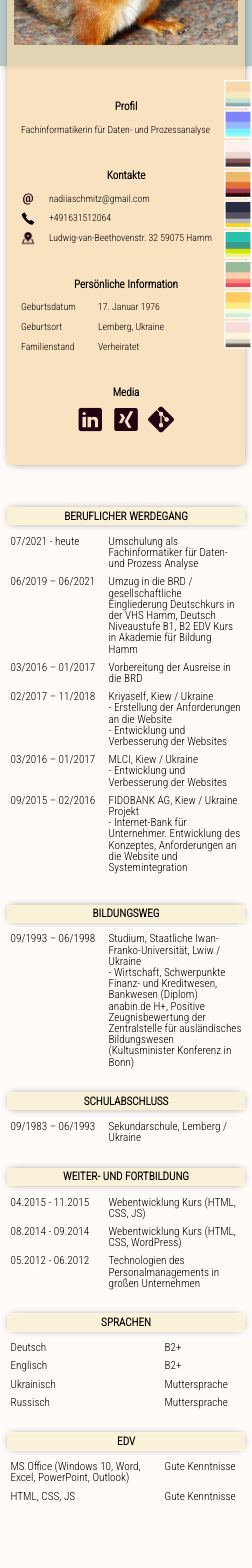
Repository: NadiaSchmitz/lebenslauf.nschmitz.githab.io
Page: index.html
The author's editor kept a record of every edit. The page is drawn from the files as they stood at one moment, then again after the next edit.
The browser window is 360 px wide. The pictures show the part of the page from y = 486 to 2726 px (the page is 2726 px tall before and 2546 px after), at 70% of full size.

Above is the page before.

### index.html
<!DOCTYPE html>
<html>

<head>
  <meta charset="utf-8" />
  <title>Lebenslauf Nadiia Schmitz</title>
  <link rel="stylesheet" href="./styles/reset.css" type="text/css" />
  <link rel="stylesheet" href="./styles/style.css" type="text/css" />
  <link rel="stylesheet" href="./styles/icons.css" type="text/css" />
  <meta name="viewport" content="width=device-width, initial-scale=1.0">
  <link rel="preconnect" href="https://fonts.googleapis.com">
  <link rel="preconnect" href="https://fonts.gstatic.com" crossorigin>
  <link href="https://fonts.googleapis.com/css2?family=Roboto+Condensed:wght@300&display=swap" rel="stylesheet">
  <link rel="shortcut icon" href="images/favicon.png" type="image/x-icon">
  <script src="https://ajax.googleapis.com/ajax/libs/jquery/2.2.0/jquery.min.js"></script>
  <script type="text/javascript" src="./js/colors.js"></script>
</head>

<body>
  <section class="wrapper">
    <section class="inner_wrapper">
      <div class="content_wrapper">
        <header class="header">
          <div class="header_text">
            <h1>Nadiia Schmitz</h1>
            <h2>Zukünftige Fachinformatikerin</h2>
          </div>
        </header>
        <div class="color_schema_buttons_wrapper">
          <div id="pistachios" class="color_schema_button pistachios" title="pistachios"></div>
          <div id="sea" class="color_schema_button sea" title="sea"></div>
          <div id="cappuchino" class="color_schema_button cappuchino" title="cappuchino"></div>
          <div id="autumn" class="color_schema_button autumn" title="autumn"></div>
          <div id="bvb" class="color_schema_button bvb" title="bvb"></div>
          <div id="lime" class="color_schema_button lime" title="lime"></div>
          <div id="summer" class="color_schema_button summer" title="summer"></div>
          <div id="sun" class="color_schema_button sun" title="sun"></div>
          <div id="pastel" class="color_schema_button pastel" title="pastel"></div>
        </div>
        <div class="lebenslauf_wrapper">
          <div class="sidebar sidebar_left">
            <div class="sidebar_foto"></div>
            <div class="sidebar_content">
              <div class="sidebar_content_item profile">
                <h3>Profil</h3>
                <table>
                  <tr>
                    <td col="2">Fachinformatikerin für Daten- und Prozessanalyse</td>
                  </tr>
                </table>
              </div>
              <div class="sidebar_content_item contacts">
                <h3>Kontakte</h3>
                <table>
                  <tr>
                    <td>
                      <span class="sidebar_content_item_icon contacts_email"></span>
                    </td>
                    <td>nadiiaschmitz@gmail.com</td>
                  </tr>
                  <tr>
                    <td>
                      <span class="sidebar_content_item_icon contacts_phone"></span>
                    </td>
                    <td>+491631512064</td>
                  </tr>
                  <tr>
                    <td>
                      <span class="sidebar_content_item_icon contacts_adress"></span>
                    </td>
                    <td>Ludwig-van-Beethovenstr. 32 59075 Hamm</td>
                  </tr>
                </table>
              </div>
              <div class="sidebar_content_item personal">
                <h3>Persönliche Information</h3>
                <table>
                  <tr>
                    <td>Geburtsdatum</td>
                    <td>17. Januar 1976</td>
                  </tr>
                  <tr>
                    <td>Geburtsort</td>
                    <td>Lemberg, Ukraine</td>
                  </tr>
                  <tr>
                    <td>Familienstand</td>
                    <td>Verheiratet</td>
                  </tr>
                </table>
              </div>
              <div class="sidebar_content_item social">
                <h3>Media</h3>
                <table>
                  <tr>
                    <td><a href="https://www.linkedin.com/in/nadiia-schmitz-93491722" class="linkedin" target="_blank"></a></td>
                    <td><a href="https://www.xing.com/profile/Nadiia_Schmitz3" class="xing" target="_blank"></a></td>
                    <td><a href="https://github.com/NadiaSchmitz" class="git" target="_blank"></a></td>
                  </tr>
                </table>
              </div>
            </div>
          </div>
          <div class="sidebar sidebar_right">
            <div class="sidebar_right_content">
              <div class="sidebar_right_content_item">
                <h4>BERUFLICHER WERDEGANG</h4>
                <table>
                  <tr>
                    <td>07/2021 - heute</td>
                    <td>Umschulung als Fachinformatiker für Daten- und Prozess Analyse</td>
                  </tr>
                  <tr>
                    <td>06/2019 – 06/2021</td>
                    <td>Umzug in die BRD / gesellschaftliche Eingliederung Deutschkurs in der VHS Hamm, Deutsch Niveaustufe B1, B2 EDV Kurs in Akademie für Bildung Hamm
                    </td>
                  </tr>
                  <tr>
                    <td>03/2016 – 01/2017</td>
                    <td>Vorbereitung der Ausreise in die BRD</td>
                  </tr>
                  <tr>
                    <td>02/2017 – 11/2018</td>
                    <td>
                      <span class="employer">Kriyaself, Kiew / Ukraine</span>
                      <ul>
                        <li>- Erstellung der Anforderungen an die Website</li>
                        <li>- Entwicklung und Verbesserung der Websites</li>
                      </ul>
                    </td>
                  </tr>
                  <tr>
                    <td>03/2016 – 01/2017</td>
                    <td>
                      <span class="employer">MLCI, Kiew / Ukraine</span>
                      <ul>
                        <li>- Entwicklung und Verbesserung der Websites</li>
                      </ul>
                    </td>
                  </tr>
                  <tr>
                    <td>09/2015 – 02/2016</td>
                    <td>
                      <span class="employer">FIDOBANK AG, Kiew / Ukraine</span>
                      <ul>
                        Projekt
                        <li>- Internet-Bank für Unternehmer. Entwicklung des Konzeptes, Anforderungen an die Website und Systemintegration</li>
                      </ul>
                    </td>
                  </tr>
                  <tr>
                    <td></td>
                    <td></td>
                  </tr>
                </table>
              </div>
              <div class="sidebar_right_content_item">
                <h4>BILDUNGSWEG</h4>
                <table>
                  <tr>
                    <td>09/1993 – 06/1998</td>
                    <td>Studium, Staatliche Iwan-Franko-Universität, Lwiw / Ukraine
                      <ul>
                        <li>- Wirtschaft, Schwerpunkte Finanz- und Kreditwesen, Bankwesen (Diplom)</li>
                        <li>anabin.de H+, Positive Zeugnisbewertung der Zentralstelle für ausländisches Bildungswesen (Kultusminister Konferenz in Bonn)</li>
                      </ul>
                    </td>
                  </tr>
                </table>
              </div>
              <div class="sidebar_right_content_item">
                <h4>SCHULABSCHLUSS</h4>
                <table>
                  <tr>
                    <td>09/1983 – 06/1993</td>
                    <td>Sekundarschule, Lemberg / Ukraine</td>
                  </tr>
                </table>
              </div>
              <div class="sidebar_right_content_item">
                <h4>WEITER- UND FORTBILDUNG</h4>
                <table>
                  <tr>
                    <td>04.2015 - 11.2015</td>
                    <td>Webentwicklung Kurs (HTML, CSS, JS)</td>
                  </tr>
                  <tr>
                    <td>08.2014 - 09.2014</td>
                    <td>Webentwicklung Kurs (HTML, CSS, WordPress)</td>
                  </tr>
                  <tr>
                    <td>05.2012 - 06.2012</td>
                    <td>Technologien des Personalmanagements in großen Unternehmen</td>
                  </tr>
                </table>
              </div>
              <div class="sidebar_right_content_item lang">
                <h4>SPRACHEN</h4>
                <table>
                  <tr>
                    <td>Deutsch</td>
                    <td>B2+</td>
                  </tr>
                  <tr>
                    <td>Englisch</td>
                    <td>B2+</td>
                  </tr>
                  <tr>
                    <td>Ukrainisch</td>
                    <td>Muttersprache</td>
                  </tr>
                  <tr>
                    <td>Russisch</td>
                    <td>Muttersprache</td>
                  </tr>
                </table>
              </div>
              <div class="sidebar_right_content_item edv">
                <h4>EDV</h4>
                <table>
                  <tr>
                    <td>MS Office (Windows 10, Word, Excel, PowerPoint, Outlook)</td>
                    <td>Gute Kenntnisse</td>
                  </tr>
                  <tr>
                    <td>HTML, CSS, JS</td>
                    <td>Gute Kenntnisse</td>
                  </tr>
                </table>
              </div>
            </div>
          </div>
        </div>
      </div>
    </section>
  </section>
</body>

</html>

### styles/reset.css
html, body, div, span, applet, object, iframe,
h1, h2, h3, h4, h5, h6, p, blockquote, pre,
a, abbr, acronym, address, big, cite, code,
del, dfn, em, img, ins, kbd, q, s, samp,
small, strike, strong, sub, sup, tt, var,
b, u, i, center,
dl, dt, dd, ol, ul, li,
fieldset, form, label, legend,
table, caption, tbody, tfoot, thead, tr, th, td,
article, aside, canvas, details, embed,
figure, figcaption, footer, header, hgroup,
menu, nav, output, ruby, section, summary,
time, mark, audio, video {
	margin: 0;
	padding: 0;
	box-sizing: border-box;
	border: 0;
	font-size: 100%;
	font: inherit;
	vertical-align: baseline;
}
/* HTML5 display-role reset for older browsers */
article, aside, details, figcaption, figure,
footer, header, hgroup, menu, nav, section {
	display: block;
}
body {
	line-height: 1;
}
ol, ul {
	list-style: none;
}
blockquote, q {
	quotes: none;
}
blockquote:before, blockquote:after,
q:before, q:after {
	content: '';
	content: none;
}
table {
	border-collapse: collapse;
	border-spacing: 0;
}

### styles/style.css
html {
  font-family: 'Roboto Condensed', sans-serif;
  background-color: #efeae5;
}

.wrapper {}

.inner_wrapper {
  width: 980px;
  margin: 70px auto;
}

@media only screen and (max-width: 1080px) {
  .inner_wrapper {
    width: 900px;
    margin: 30px auto;
  }
}

@media only screen and (max-width: 900px) {
  .inner_wrapper {
    width: 100%;
    margin: 0;
  }
}

.content_wrapper {
  position: relative;
  background-color: #fffbf8;
  -webkit-box-shadow: 0px 0px 12px -5px rgba(0, 0, 0, 0.75);
  -moz-box-shadow: 0px 0px 12px -5px rgba(0, 0, 0, 0.75);
  box-shadow: 0px 0px 12px -5px rgba(0, 0, 0, 0.75);
}

.header {
  height: 330px;
  background-color: rgb(135 170 170 / 59%);
  -webkit-box-shadow: 0px 0px 12px -5px rgba(0, 0, 0, 0.75);
  -moz-box-shadow: 0px 0px 12px -5px rgba(0, 0, 0, 0.75);
  box-shadow: 0px 0px 12px -5px rgba(0, 0, 0, 0.75);
}

@media only screen and (max-width: 1080px) {
  .header {
    height: 280px;
  }
}

@media only screen and (max-width: 900px) {
  .header {
    height: 580px;
    padding: 60px 0 0 0;
  }
}

@media only screen and (max-width: 480px) {
  .header {
    padding: 70px 0 0 0;
  }
}

.header_text {
  margin: 0 0 0 420px;
  padding: 120px 0 0 0;
}

@media only screen and (max-width: 1080px) {
  .header_text {
    margin: 0 0 0 380px;
    padding: 100px 0 0 0;
  }
}

@media only screen and (max-width: 900px) {
  .header_text {
    text-align: center;
    margin: 0;
    padding: 0;
  }
}

h1 {
  color: #000000;
  font-size: 60px;
  margin: 0 0 5px 0;
}

@media only screen and (max-width: 900px) {
  h1 {
    font-size: 50px;
  }
}

@media only screen and (max-width: 480px) {
  h1 {
    font-size: 36px;
    font-weight: 700;
  }
}

h2 {
  color: #000000;
  font-size: 20px;
  font-weight: 600;
}

@media only screen and (max-width: 480px) {
  h2 {
    font-size: 16px;
  }
}

.sidebar {
  display: inline-block;
  vertical-align: top;
}

@media only screen and (max-width: 900px) {
  .lebenslauf_wrapper {
    padding: 0 30px 30px 30px;
  }
}

@media only screen and (max-width: 480px) {
  .lebenslauf_wrapper {
    padding: 0 15px 15px 15px;
  }
}

@media only screen and (max-width: 360px) {
  .lebenslauf_wrapper {
    padding: 0 10px 10px 10px;
  }
}

.sidebar_left {
  width: 280px;
  height: 1500px;
  background-color: rgb(246 215 167 / 68%);
  -webkit-box-shadow: 0px 0px 12px -5px rgba(0, 0, 0, 0.75);
  -moz-box-shadow: 0px 0px 12px -5px rgba(0, 0, 0, 0.75);
  box-shadow: 0px 0px 12px -5px rgba(0, 0, 0, 0.75);
  margin: -280px 0 0 50px;
}

@media only screen and (max-width: 1080px) {
  .sidebar_left {
    width: 250px;
    margin: -250px 0 0 30px;
  }
}

@media only screen and (max-width: 900px) {
  .sidebar_left {
    width: 100%;
    height: auto;
    margin: -380px 0 0 0;
  }
}

.sidebar_foto {
  width: 280px;
  height: 280px;
  background-image: url(../images/foto.jpg);
  background-position: 50%;
  background-size: cover;
}

@media only screen and (max-width: 1080px) {
  .sidebar_foto {
    width: 250px;
    height: 250px;
  }
}

@media only screen and (max-width: 900px) {
  .sidebar_foto {
    width: 350px;
    height: 350px;
    margin: 30px auto 0;
  }
}

@media only screen and (max-width: 480px) {
  .sidebar_foto {
    width: 320px;
    height: 320px;
  }
}

@media only screen and (max-width: 360px) {
  .sidebar_foto {
    width: 320px;
    height: 320px;
  }
}

.sidebar_content {
  padding: 55px 30px 30px 30px;
}

@media only screen and (max-width: 1080px) {
  .sidebar_content {
    padding: 45px 20px 20px 20px;
  }
}

@media only screen and (max-width: 900px) {
  .sidebar_content {
    padding: 50px 20px 20px 20px;
  }
}

@media only screen and (max-width: 480px) {
  .sidebar_content {
    padding: 80px 20px 20px 20px;
  }
}

.sidebar_content_item {
  margin: 0 0 30px 0;
  padding: 0 0 15px 0;
}

.sidebar_content_item:last-of-type {
  border-bottom: 1px solid transparent;
  margin: 0;
}

h3 {
  color: #000000;
  font-size: 16px;
  font-weight: 600;
  text-align: center;
  margin: 0 0 10px 0;
}

.sidebar_content_item table td {
  height: 28px;
  font-size: 16px;
  line-height: 28px;
}

@media only screen and (max-width: 360px) {
  .sidebar_content_item table td {
    font-size: 14px;
  }
}

.profile table td {
  width: 100%;
}

.contacts table td:nth-of-type(1) {
  width: 40px;
}

.personal table td:nth-of-type(1) {
  width: 110px;
}

.social table {
  margin: 0 auto;
}

.social table td {
  width: 33%;
  padding: 0 5px 0 5px;
}

.social table td a {
  display: inline-block;
  width: 40px;
  height: 40px;
  background-size: contain;
  background-position: 50%;
  cursor: pointer;
}

.sidebar_content_item_icon {
  display: inline-block;
  vertical-align: middle;
  width: 20px;
  height: 20px;
  background-size: contain;
  background-position: 50%;
}

.sidebar_right {
  width: calc(100% - 280px - 60px);
  padding: 55px 35px 35px 35px;
}

@media only screen and (max-width: 1080px) {
  .sidebar_right {
    width: calc(100% - 250px - 35px);
    padding: 40px 75px 20px 20px;
  }
}

@media only screen and (max-width: 900px) {
  .sidebar_right {
    width: 100%;
    padding: 40px 20px 50px 20px;
  }
}

@media only screen and (max-width: 480px) {
  .sidebar_right {
    width: 100%;
    padding: 60px 0 50px 0;
  }
}

.sidebar_right_content_item {
  margin: 0 0 30px 0;
}

.sidebar_right_content_item h4 {
  color: #000000;
  font-size: 16px;
  font-weight: 600;
  text-align: center;
  background-color: rgb(246 234 190 / 54%);
  -webkit-box-shadow: 0px 0px 12px -5px rgba(0, 0, 0, 0.75);
  -moz-box-shadow: 0px 0px 12px -5px rgba(0, 0, 0, 0.75);
  box-shadow: 0px 0px 12px -5px rgba(0, 0, 0, 0.75);
  margin: 0 0 10px 0;
  padding: 5px;
}

.sidebar_right_content_item table tr td {
  padding: 5px;
}

.sidebar_right_content_item table tr td:nth-of-type(1) {
  width: 140px;
}

.edv {
  width: 100%;
}

.lang table tr td:nth-of-type(1),
.edv table tr td:nth-of-type(1) {
  width: 220px;
}

.color_schema_buttons_wrapper {
  position: absolute;
  right: -48px;
  top: 370px;
}

@media only screen and (max-width: 1080px) {
  .color_schema_buttons_wrapper {
    right: 0;
    top: 282px;
  }
}

@media only screen and (max-width: 900px) {
  .color_schema_buttons_wrapper {
    right: 0;
    top: 600px;
  }
}

.color_schema_button {
  width: 50px;
  height: 50px;
  background-position: 50%;
  background-size: contain;
  border: 2px solid #fffbf8;
  margin: 0 0 3px 0;
}

@media only screen and (max-width: 1080px) {
  .color_schema_button {
    width: 40px;
    height: 40px;
  }
}

.pistachios {
  background-image: url(../images/pistachios.png);
}

.sea {
  background-image: url(../images/sea.png);
}

.cappuchino {
  background-image: url(../images/cappuchino.png);
}

.autumn {
  background-image: url(../images/autumn.png);
}

.bvb {
  background-image: url(../images/bvb.png);
}

.lime {
  background-image: url(../images/lime.png);
}

.summer {
  background-image: url(../images/summer.png);
}

.sun {
  background-image: url(../images/sun.png);
}

.pastel {
  background-image: url(../images/pastel.png);
}

### js/colors.js
var colorSchemeArray = [];
colorSchemeArray = [{
    schemeName: "standart",
    colorHeader: "rgb(135 170 170 / 59%)",
    colorSidebarLeft: "rgb(246 215 167 / 68%)",
    colorTopic: "rgb(246 234 190 / 54%)"
  },

  {
    schemeName: "sea",
    colorHeader: "rgb(124 131 253 / 58%)",
    colorSidebarLeft: "rgba(125, 237, 255, 0.53)",
    colorTopic: "rgb(150 186 255 / 52%)"
  },

  {
    schemeName: "cappuchino",
    colorHeader: "rgba(131, 88, 88, 0.7)",
    colorSidebarLeft: "#EBD4D4",
    colorTopic: "#FFF0F0"
  },

  {
    schemeName: "autumn",
    colorHeader: "rgb(156 61 84 / 76%)",
    colorSidebarLeft: "rgb(226 112 58 / 62%)",
    colorTopic: "rgb(238 183 107 / 75%)"
  },

  {
    schemeName: "bvb",
    colorHeader: "#595260",
    colorSidebarLeft: "#FFD523",
    colorTopic: "#B2B1B9",
  },

  {
    schemeName: "lime",
    colorHeader: "rgb(46 193 172 / 51%)",
    colorSidebarLeft: "rgb(210 230 3 / 49%)",
    colorTopic: "rgb(239 244 142 / 53%)",
  },

  {
    schemeName: "summer",
    colorHeader: "rgb(255 132 124 / 85%)",
    colorSidebarLeft: "rgb(153 184 152 / 65%)",
    colorTopic: "#FECEAB",
  },

  {
    schemeName: "sun",
    colorHeader: "#FFEC85",
    colorSidebarLeft: "#C9F0D6",
    colorTopic: "#F2FFDF",
  },

  {
    schemeName: "pastel",
    colorHeader: "#F7DAD9",
    colorSidebarLeft: "#FFF5DA",
    colorTopic: "#D6D2C4",
  }
]

// console.log(colorSchemeArray.length)

$(document).ready(function() {
  $(".color_schema_button").click(function() {
    var buttonId = $(this).attr('id');
    console.log(buttonId);
    for (var i = 0; i < colorSchemeArray.length; i++) {
      console.log(colorSchemeArray[i].schemeName)
      if (buttonId == colorSchemeArray[i].schemeName) {
        var styleId = i;
        $('.header').css('backgroundColor', colorSchemeArray[styleId].colorHeader);
        $('.sidebar_left').css('backgroundColor', colorSchemeArray[styleId].colorSidebarLeft);
        $('h4').css('backgroundColor', colorSchemeArray[styleId].colorTopic);
      }
    }
  });
})

Loaded but not shown: styles/icons.css (library)

After the next edit:
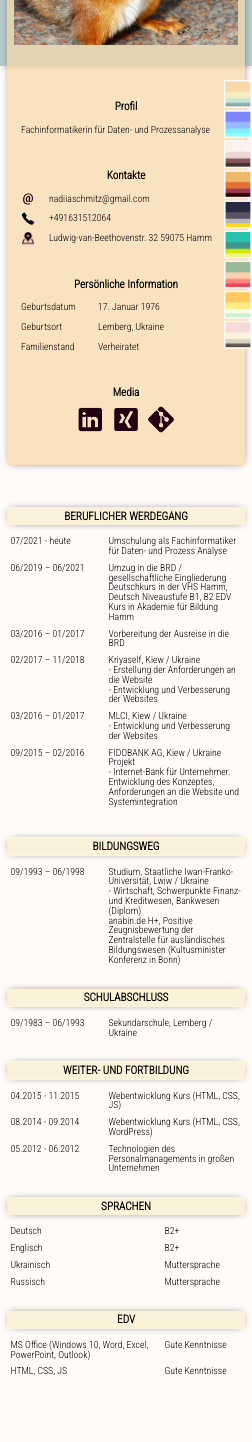
The edit:
--- a/styles/style.css
+++ b/styles/style.css
@@ -333,6 +333,12 @@
   padding: 5px;
 }
 
+@media only screen and (max-width: 360px) {
+  .sidebar_right_content_item table tr td {
+    font-size: 14px;
+  }
+}
+
 .sidebar_right_content_item table tr td:nth-of-type(1) {
   width: 140px;
 }
